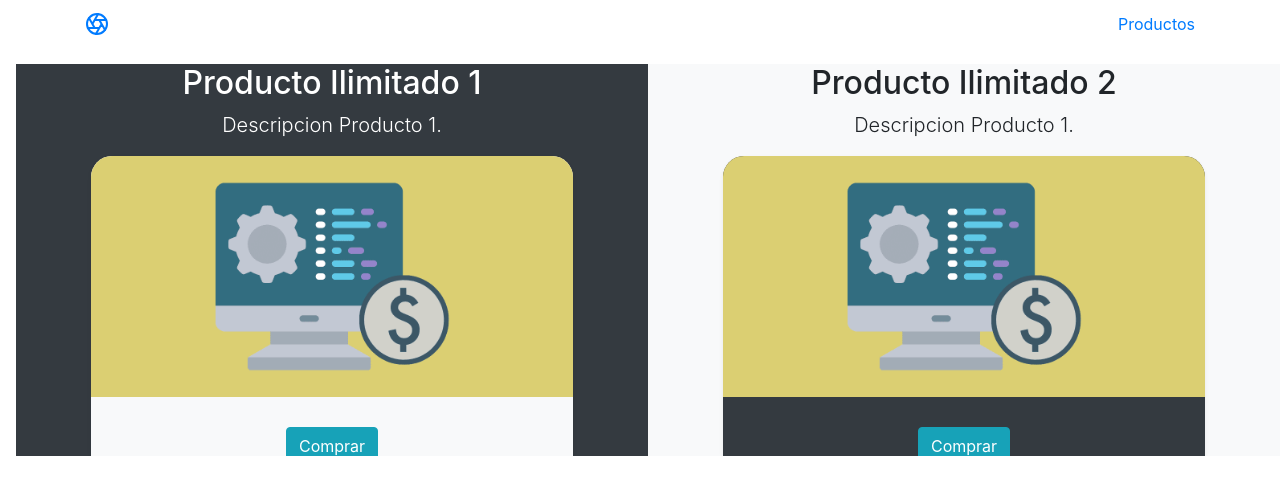
Repository: mapp1990/pasarela
Page: http://localhost/producto
These files come from the project's save history. The page is drawn as it stood at one moment and after the next save; the edit follows.
The browser window is 1280 px wide. The pictures show the whole page.
The page is served by the project's Laravel application, run on PHP 8.4 with Laravel 9. Other server files are loaded and not shown.

Above is the page before, as saved 2022-05-27 17:48:39.

### routes/web.php
<?php

use Illuminate\Support\Facades\Route;
use App\Http\Controllers\ProductoController;
/*
|--------------------------------------------------------------------------
| Web Routes
|--------------------------------------------------------------------------
|
| Here is where you can register web routes for your application. These
| routes are loaded by the RouteServiceProvider within a group which
| contains the "web" middleware group. Now create something great!
|
*/

Route::get('/', function () {
    return view('welcome');
});

Route::get('/producto', [ProductoController::class, 'index']);

### app/Http/Controllers/ProductoController.php
<?php

namespace App\Http\Controllers;

use Illuminate\Http\Request;

class ProductoController extends Controller
{
    public function index(){ return view( 'productos' ); }
}

### resources/views/productos.blade.php
<!doctype html>
<link rel="stylesheet" href="https://cdn.jsdelivr.net/npm/bootstrap@4.6.1/dist/css/bootstrap.min.css" integrity="sha384-zCbKRCUGaJDkqS1kPbPd7TveP5iyJE0EjAuZQTgFLD2ylzuqKfdKlfG/eSrtxUkn" crossorigin="anonymous">
<html lang="es">
  <head>
    <meta charset="utf-8">
    <meta name="viewport" content="width=device-width, initial-scale=1">
    <title>Bootstrap demo</title>
  </head>
  <body class="body">
    <nav class="site-header sticky-top py-1">
        <div class="container d-flex flex-column flex-md-row justify-content-between">
            <a class="py-2" href="#" aria-label="Product">
            <svg xmlns="http://www.w3.org/2000/svg" width="24" height="24" fill="none" stroke="currentColor" stroke-linecap="round" stroke-linejoin="round" stroke-width="2" class="d-block mx-auto" role="img" viewBox="0 0 24 24" focusable="false"><title>Product</title><circle cx="12" cy="12" r="10"></circle><path d="M14.31 8l5.74 9.94M9.69 8h11.48M7.38 12l5.74-9.94M9.69 16L3.95 6.06M14.31 16H2.83m13.79-4l-5.74 9.94"></path></svg>
            </a>
            <a class="py-2 d-none d-md-inline-block" href="#">Productos</a>
        </div>
    </nav>

    <div class="d-md-flex flex-md-equal w-100 my-md-3 pl-md-3">

        <div class="bg-dark col-6 text-center text-white overflow-hidden">
            <div class="my-6 py-6">
                <h2 class="display-5">Producto Ilimitado 1</h2>
                <p class="lead">Descripcion Producto 1.</p>
            </div>
            <div class="bg-light shadow-sm mx-auto" style="width: 80%; height: 300px; border-radius: 21px 21px 0 0;">
                <img src="producto.png" width="100%" style="border-radius: 21px 21px 0 0;">
                <button type="button" class="btn btn-info" style="margin-top: 30px;">Comprar</button>
            </div>
        </div>

        <div class="bg-light col-6 text-center overflow-hidden">
            <div class="my-6 p-6">
                <h2 class="display-5">Producto Ilimitado 2</h2>
                <p class="lead">Descripcion Producto 1.</p>
            </div>
            <div class="bg-dark shadow-sm mx-auto" style="width: 80%; height: 300px; border-radius: 21px 21px 0 0;">
                <img src="producto.png" width="100%" style="border-radius: 21px 21px 0 0;">
                <button type="button" class="btn btn-info" style="margin-top: 30px;">Comprar</button>
            </div>
        </div>

    </div>

  </body>
</html>

Loaded but not shown: app/Providers/AppServiceProvider.php (common file); app/Http/Controllers/Controller.php (common file)

After the next save:
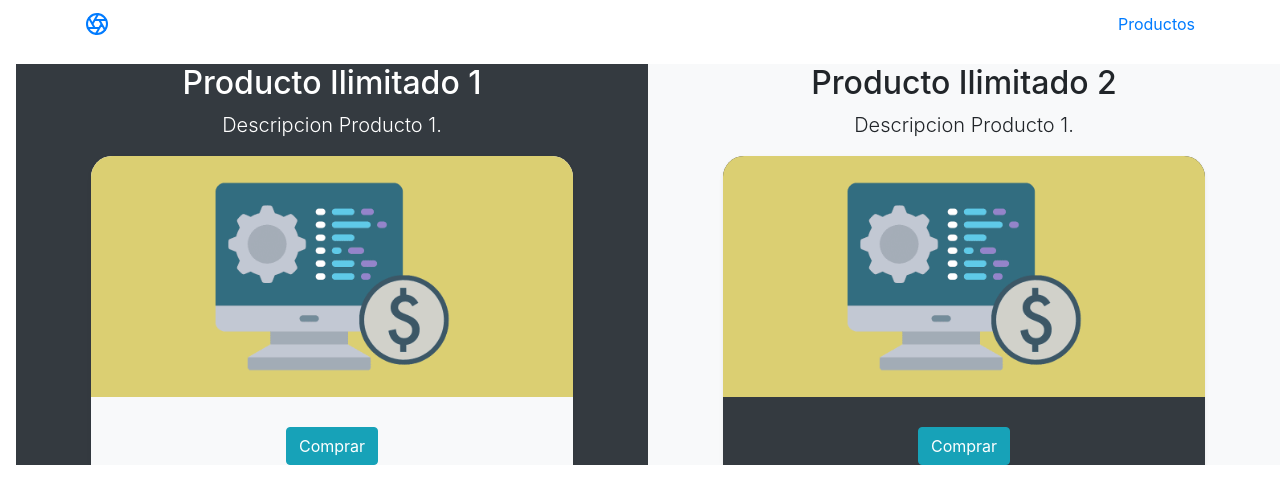
Saved 32 s later.
--- a/resources/views/productos.blade.php
+++ b/resources/views/productos.blade.php
@@ -23,7 +23,7 @@
                 <h2 class="display-5">Producto Ilimitado 1</h2>
                 <p class="lead">Descripcion Producto 1.</p>
             </div>
-            <div class="bg-light shadow-sm mx-auto" style="width: 80%; height: 300px; border-radius: 21px 21px 0 0;">
+            <div class="bg-light shadow-sm mx-auto" style="width: 80%; border-radius: 21px 21px 0 0;">
                 <img src="producto.png" width="100%" style="border-radius: 21px 21px 0 0;">
                 <button type="button" class="btn btn-info" style="margin-top: 30px;">Comprar</button>
             </div>
@@ -34,7 +34,7 @@
                 <h2 class="display-5">Producto Ilimitado 2</h2>
                 <p class="lead">Descripcion Producto 1.</p>
             </div>
-            <div class="bg-dark shadow-sm mx-auto" style="width: 80%; height: 300px; border-radius: 21px 21px 0 0;">
+            <div class="bg-dark shadow-sm mx-auto" style="width: 80%; border-radius: 21px 21px 0 0;">
                 <img src="producto.png" width="100%" style="border-radius: 21px 21px 0 0;">
                 <button type="button" class="btn btn-info" style="margin-top: 30px;">Comprar</button>
             </div>
